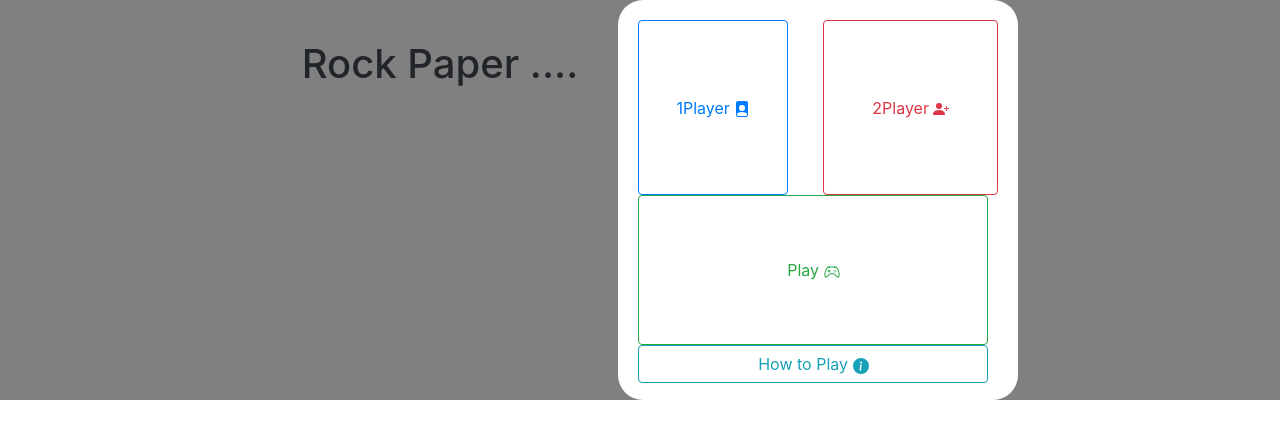
Repository: hossamsulleman1/Colllege-rock-paper-game
Page: index.html
The author's editor kept a copy of each file at every save. The page is drawn from the files as they stood at one save, then again after a run of saves.
The browser window is 1280 px wide. The pictures show the whole page.

Above is the page before, as saved 2020-09-15 10:51:54.
Console error: SyntaxError: Unexpected token '<'

After the next 2 saves:
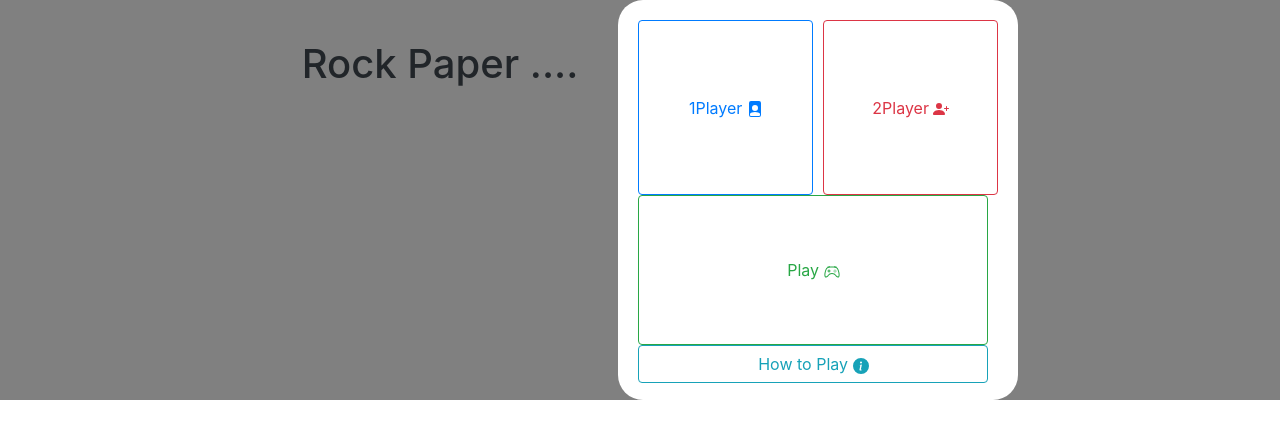
The 2 saves are shown as one change because they came seconds apart.
The last was saved 5 s later.
--- a/index.html
+++ b/index.html
@@ -12,7 +12,7 @@
    <div class="wall">
       <h1 style="padding: 40px; text-align: center;">Rock Paper .... </h1>
     <div class="mainCard">
-<button style="height: 175px; width: 150px; padding: 20px;" class="btn btn-outline-primary">
+<button style="height: 175px; width: 175px; padding: 20px;" class="btn btn-outline-primary">
     1Player
     <svg width="1em" height="1em" viewBox="0 0 16 16" class="bi bi-file-person-fill" fill="currentColor" xmlns="http://www.w3.org/2000/svg">
         <path fill-rule="evenodd" d="M12 0H4a2 2 0 0 0-2 2v12a2 2 0 0 0 2 2h8a2 2 0 0 0 2-2V2a2 2 0 0 0-2-2zm-1 7a3 3 0 1 1-6 0 3 3 0 0 1 6 0zm-3 4c2.623 0 4.146.826 5 1.755V14a1 1 0 0 1-1 1H4a1 1 0 0 1-1-1v-1.245C3.854 11.825 5.377 11 8 11z"/>
